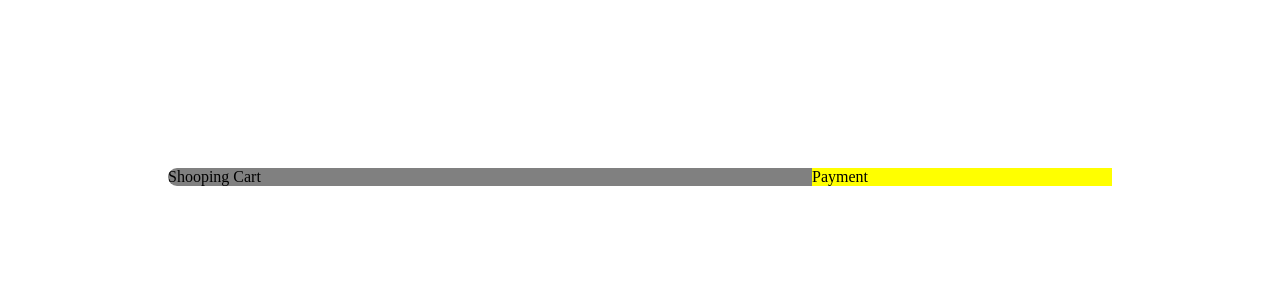
Repository: NDBaoFE/pizza-ordering-hiep
Page: /checkout
These files come from the project's save history. The page is drawn as it stood at one moment and after the next save; the edit follows.
The browser window is 1280 px wide. The pictures show the whole page.
The project was rebuilt for these pictures with package versions that can differ from the ones it lists, and the page was loaded fresh each time.

Above is the page before, as saved 2022-08-27 21:49:53.

After the next save:
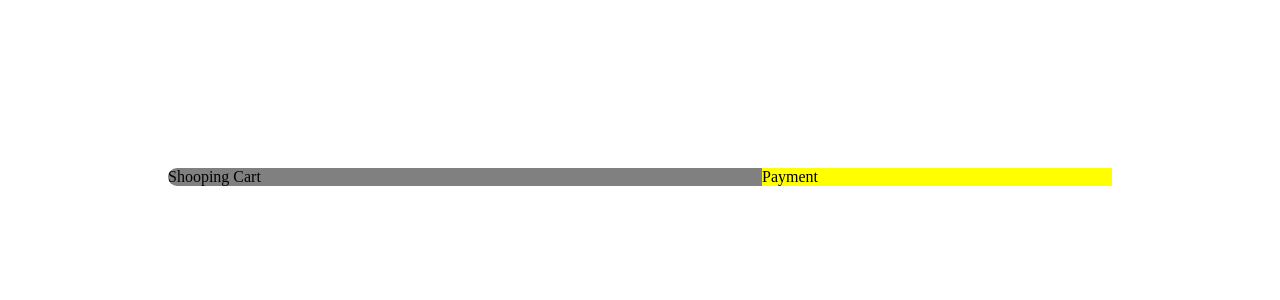
Saved 7 s later.
--- a/src/pages/Checkout/Checkout.styled.js
+++ b/src/pages/Checkout/Checkout.styled.js
@@ -14,6 +14,6 @@ export const Cart = styled.div`
   border-bottom-left-radius: 40px;
 `
 export const Payment = styled.div`
-  min-width: 300px;
+  min-width: 350px;
   background-color: yellow;
 `
